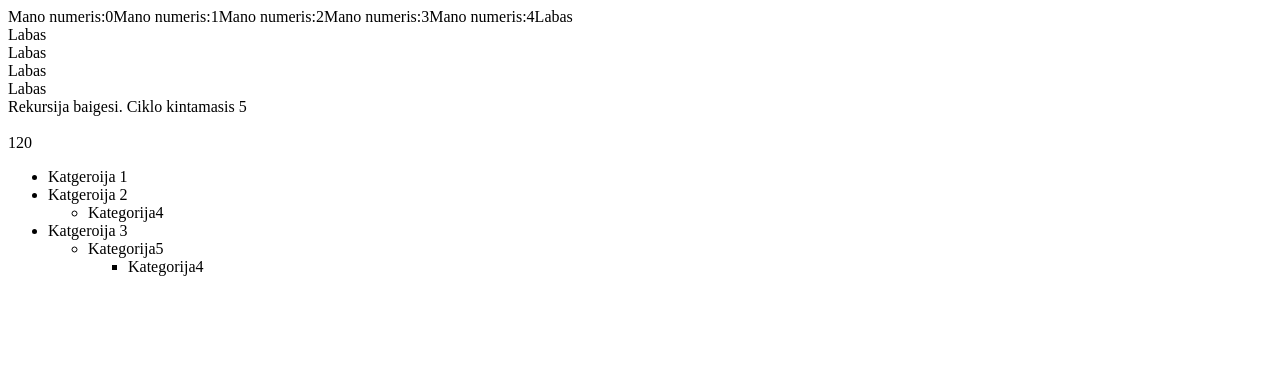
Repository: motiejus1/18-paskaita-PHP-05.31
Page: http://localhost/testavimas/rekursija.php
An editor plug-in stored every save of this project. The page is shown before and after a run of saves, followed by the edit.
The browser window is 1280 px wide. The pictures show the whole page.
The page is run by PHP 8.4 with error messages shown; the project is at /var/www/html/. testavimas/connections.php is not in the repository; a stand-in opens the database connection. Other server files are loaded and not shown. Queries for data that is not in the repository find no rows.

Above is the page before, as saved 2021-09-25 09:15:19.

### testavimas/rekursija.php
<?php


// require_once("connections.php");
//rekursine funkcija - funkcija kuri kreipiasi pati i save.

for($i = 0; $i < 5; $i++ ) {
    echo "Mano numeris:".$i; //echo yra funkcija kuri siuo atveju yra atliekama 5 kartus
} // daugiau nei viena karta pasileidziantis veiksmas


//Tam tikras ciklas/ while / ciklo kintamasis

function rekursine($i = 0) {

    $i++; //1; 2
    echo "Labas"."<br>";

    //ciklo kintamasis 5
    //5 < 5
    //false
    //funkcija pati saves nebekviecia
    if($i < 5) {
        rekursine($i);
    } else {
        echo "Rekursija baigesi. Ciklo kintamasis " .$i."<br>";
    }
};

rekursine();

//faktorialas

// !0 = 1
// !3 = 3 * 2 * 1
// !3 = 3 * !2
//!5 = 5 * !4(4 * 3 * 2 * 1)
 // !4 = 24

// !5 = 5 * 4 * 3 * 2 * 1
// !45 = 45 * 44 * 43 * ... * 1

function faktorialas($skaicius) {

    if($skaicius < 0) {
        return "Skaicius yra maziau 0"; //return sustabdo funkcija
    }

    if($skaicius == 0) {
        return 1;
    }


    $daugyba = $skaicius * faktorialas($skaicius - 1) ;//
//
    return $daugyba; //paskutinio ciklo reiksme

    // $daugyba = 4 * faktorialas(3)
    // $daugyba = 3 * faktorials(2)
    // $daugyba = 2 * faktorialas(1)
    //$daugyba = 1 * 1 = 1


}
echo "<br>";

echo faktorialas(5);

//Medzio struktura




//Uzklausa i duomenu baze

function kategorijuMedis($tevinis_id = 0, $kategorijos_medis_masyvas = '') {

    require("connections.php"); //reikalingas
    //nekeitem savo masyvo pagal tevini id.
    // paieska tevini id atlieka sql

    if(!is_array($kategorijos_medis_masyvas)) {
        $kategorijos_medis_masyvas = array();
    }


    $sql = "SELECT * FROM kategorijos WHERE tevinis_id = $tevinis_id"; // grazins paciu pirmu rekursijos veikmo momentu
    // visas tevines kategorijas

    $result = $conn->query($sql);

        $kategorijos_medis_masyvas[] = "<ul>";
        while($category = mysqli_fetch_array($result)) {
            $kategorijos_medis_masyvas[] = "<li>".$category["pavadinimas"]."</li>";
            $kategorijos_medis_masyvas[] = kategorijuMedis($category["ID"], $kategorijos_medis_masyvas); //1
        }
    $kategorijos_medis_masyvas[] = "</ul>";



    return $kategorijos_medis_masyvas;
}


$kategorijos = kategorijuMedis();



// var_dump($kategorijos);

foreach($kategorijos as $kategorija) {
    echo $kategorija;
}

?>


<!-- Medzio atvaizdavimai -->
<ul>
    <li>Katgeroija 1</li>
    <li>Katgeroija 2
        <ul>
            <li>Kategorija4</li>
        </ul>
    </li>
    <li>Katgeroija 3
        <ul>
            <li>

            Kategorija5

                <ul>
                    <li>Kategorija4</li>
                </ul>
            </li>
        </ul>
    </li>
</ul>

After the next 2 saves:
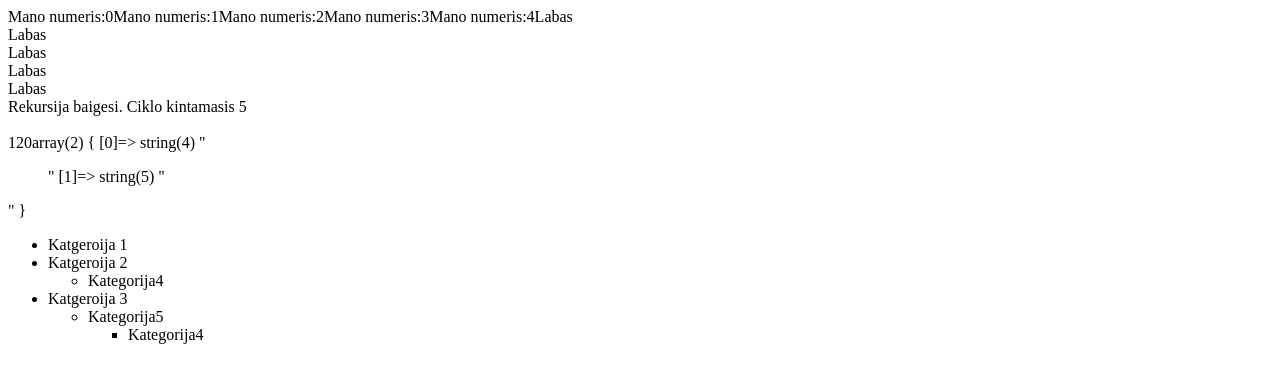
The 2 saves are shown as one change because they came seconds apart.
The last was saved 12 s later.
--- a/testavimas/rekursija.php
+++ b/testavimas/rekursija.php
@@ -106,11 +106,11 @@ $kategorijos = kategorijuMedis();
 
 
 
-// var_dump($kategorijos);
+var_dump($kategorijos);
 
-foreach($kategorijos as $kategorija) {
-    echo $kategorija;
-}
+// foreach($kategorijos as $kategorija) {
+//     echo $kategorija;
+// }
 
 ?>
 
